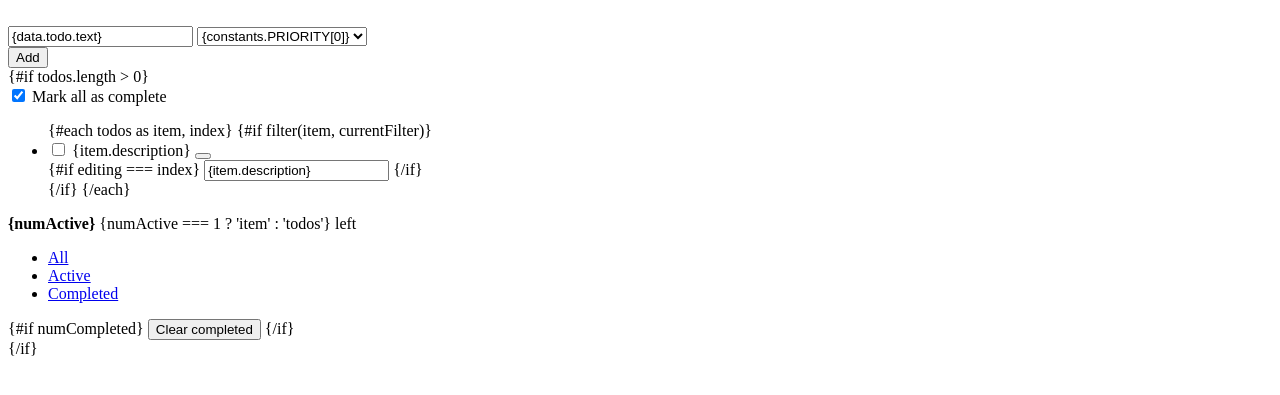
Repository: nicobrinkkemper/firebase-svelte-tododemo
Page: src/App.html
The author's editor kept a copy of each file at every save. The page is drawn from the files as they stood at one save, then again after the next save.
The browser window is 1280 px wide. The pictures show the whole page.

Above is the page before, as saved 2018-11-23 14:54:31.
Console error: SyntaxError: Unexpected token 'export'

### src/App.html
<div class="row">
	<div class="col-md-12">
		<br />
		<div class="input-group">
			<input class="form-control text" type="text" required="{true}" value="{data.todo.text}" placeholder="Write a todo" onKeyUp="{onSubmit}"
			 onChange="{onTextChange}" />

			<select class="form-control priority" value={todo.priority || 0} onChange={onPriorityChange}>
				<option value="0">{constants.PRIORITY[0]}</option>
				<option value="1">{constants.PRIORITY[1]}</option>
				<option value="2">{constants.PRIORITY[2]}</option>
			</select>
			<div class="input-group-append">
				<button class="btn btn-primary" onClick={onAdd}>
					Add
				</button>
			</div>
		</div>
	</div>
</div>
{#if todos.length > 0}
<section class="main">
	<input id="toggle-all" class="toggle-all" type="checkbox" on:change='toggleAll(this.checked)' checked='{numCompleted === todos.length}'>
	<label for="toggle-all">Mark all as complete</label>

	<ul class="todo-list">
		{#each todos as item, index} {#if filter(item, currentFilter)}
		<li class="{item.completed ? 'completed' : ''} {editing === index ? 'editing' : ''}">
			<div class="view">
				<input class="toggle" type="checkbox" bind:checked="item.completed">
				<label on:dblclick="edit(index)">{item.description}</label>
				<button on:click="remove(index)" class="destroy"></button>
			</div>

			{#if editing === index}
			<input value='{item.description}' id="edit" class="edit" on:enter='blur(this)' on:blur="submit(this.value)" on:escape="cancel()"
			/> {/if}
		</li>
		{/if} {/each}
	</ul>

	<footer class="footer">
		<span class="todo-count">
			<strong>{numActive}</strong> {numActive === 1 ? 'item' : 'todos'} left
		</span>

		<ul class="filters">
			<li><a class="{currentFilter === 'all' ? 'selected' : ''}" href="#/">All</a></li>
			<li><a class="{currentFilter === 'active' ? 'selected' : ''}" href="#/active">Active</a></li>
			<li><a class="{currentFilter === 'completed' ? 'selected' : ''}" href="#/completed">Completed</a></li>
		</ul>

		{#if numCompleted}
		<button class="clear-completed" on:click="clearCompleted()">
			Clear completed
		</button>
		{/if}
	</footer>
</section>
{/if}

<script>
	const ENTER_KEY = 13;
	const ESCAPE_KEY = 27;
	function keyEvent(code) {
	  return function(node, callback) {
	    function keydownHandler(event) {
	      if (event.which === code) callback.call(this, event);
	    }
	    node.addEventListener("keydown", keydownHandler, false);
	    return {
	      destroy() {
	        node.removeEventListener("keydown", keydownHandler, false);
	      }
	    };
	  };
	}
	let todos;
	try {
	  todos = JSON.parse(localStorage.getItem("todos-svelte")) || [];
	} catch (err) {
	  todos = [];
	}
	export default {
	  data: () => {
	    return {
	      currentFilter: "all",
	      todo: {
	        text: "",
	        datetime: new Date(),
	        priority: 0
		  },
		  todos
	    };
	  },
	  computed: {
	    numActive: ({ todos }) => todos.filter(item => !item.completed).length,
	    numCompleted: ({ todos }) => todos.filter(item => item.completed).length
	  },
	  helpers: {
	    filter(item, currentFilter) {
	      if (currentFilter === "all") return true;
	      if (currentFilter === "completed") return item.completed;
	      if (currentFilter === "active") return !item.completed;
	    }
	  },
	  oncreate() {
	    const updateView = () => {
	      let currentFilter = "all";
	      if (window.location.hash === "#/active") {
	        currentFilter = "active";
	      } else if (window.location.hash === "#/completed") {
	        currentFilter = "completed";
	      }
	      this.set({ currentFilter });
	    };
	    window.addEventListener("hashchange", updateView);
	    updateView();
	  },
	  onstate({ changed, current, previous }) {
	    if (previous && changed.todos) {
	      try {
	        localStorage.setItem("todos-svelte", JSON.stringify(current.todos));
	      } catch (err) {
	        // noop
	      }
	    }
	  },
	  methods: {
	    onTextChange(text) {
	      const { todo } = this.get();
	      this.set({ todo: { ...todo, text } });
	    },
	    onSubmit() {},
	    onPriorityChange(priority) {
	      const { todo } = this.get();
	      this.set({ todo: { ...todo, priority } });
	    },
	    onAdd() {
	      console.log("hi");
	    },
	    blur(node) {
	      node.blur();
	    },
	    cancel() {
	      this.set({ editing: null });
	    },
	    clearCompleted() {
	      const todos = this.get().todos.filter(item => !item.completed);
	      this.set({ todos });
	    },
	    edit(index) {
	      this.set({ editing: index });
	    },
	    newTodo(description) {
	      const { todos } = this.get();
	      todos.push({
	        description,
	        completed: false
	      });
	      this.set({ todos });
	      this.refs.newTodo.value = "";
	    },
	    remove(index) {
	      const { todos } = this.get();
	      todos.splice(index, 1);
	      this.set({ todos });
	    },
	    submit(description) {
	      const { todos } = this.get();
	      const index = this.get().editing;
	      todos[index].description = description;
	      this.set({ todos, editing: null });
	    },
	    toggleAll(checked) {
	      const { todos } = this.get();
	      todos.forEach(item => {
	        item.completed = checked;
	      });
	      this.set({ todos });
	    }
	  },
	  events: {
	    enter: keyEvent(ENTER_KEY),
	    escape: keyEvent(ESCAPE_KEY)
	  }
	};
</script>

After the next save:
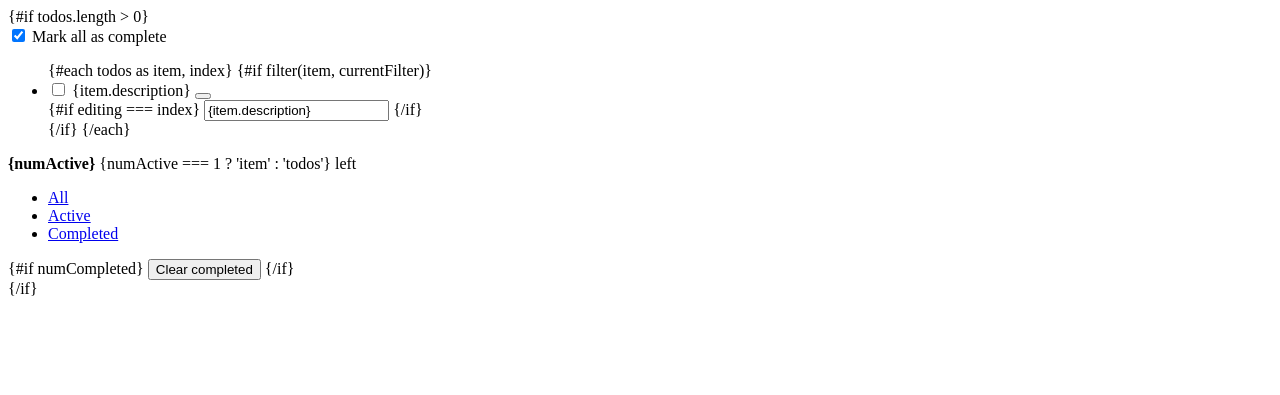
Saved 48 s later.
--- a/src/App.html
+++ b/src/App.html
@@ -1,23 +1,4 @@
-<div class="row">
-	<div class="col-md-12">
-		<br />
-		<div class="input-group">
-			<input class="form-control text" type="text" required="{true}" value="{data.todo.text}" placeholder="Write a todo" onKeyUp="{onSubmit}"
-			 onChange="{onTextChange}" />
 
-			<select class="form-control priority" value={todo.priority || 0} onChange={onPriorityChange}>
-				<option value="0">{constants.PRIORITY[0]}</option>
-				<option value="1">{constants.PRIORITY[1]}</option>
-				<option value="2">{constants.PRIORITY[2]}</option>
-			</select>
-			<div class="input-group-append">
-				<button class="btn btn-primary" onClick={onAdd}>
-					Add
-				</button>
-			</div>
-		</div>
-	</div>
-</div>
 {#if todos.length > 0}
 <section class="main">
 	<input id="toggle-all" class="toggle-all" type="checkbox" on:change='toggleAll(this.checked)' checked='{numCompleted === todos.length}'>

After the save that followed:
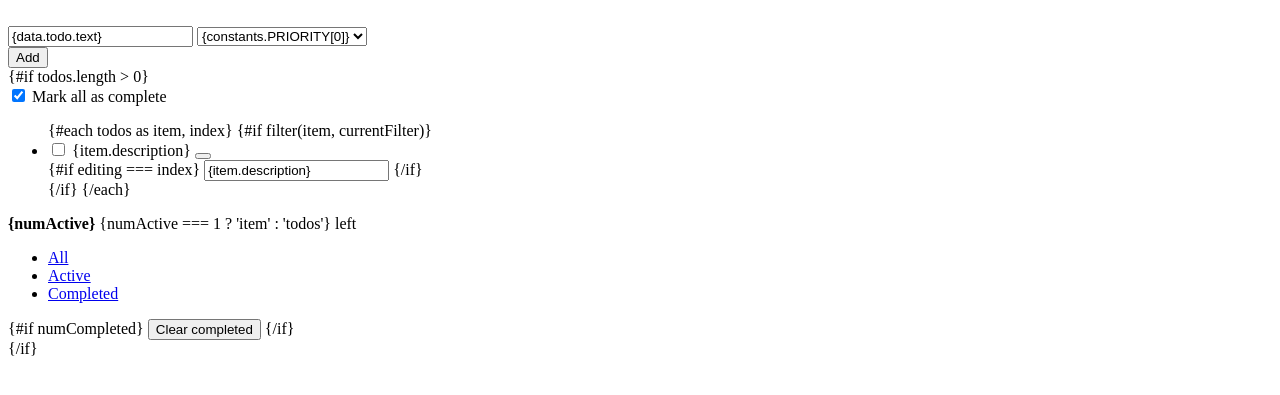
Saved 15 s later.
--- a/src/App.html
+++ b/src/App.html
@@ -1,4 +1,23 @@
+<div class="row">
+	<div class="col-md-12">
+		<br />
+		<div class="input-group">
+			<input class="form-control text" type="text" required="{true}" value="{data.todo.text}" placeholder="Write a todo" onKeyUp="{onSubmit}"
+			 onChange="{onTextChange}" />
 
+			<select class="form-control priority" value={todo.priority || 0} onChange={onPriorityChange}>
+				<option value="0">{constants.PRIORITY[0]}</option>
+				<option value="1">{constants.PRIORITY[1]}</option>
+				<option value="2">{constants.PRIORITY[2]}</option>
+			</select>
+			<div class="input-group-append">
+				<button class="btn btn-primary" onClick={onAdd}>
+					Add
+				</button>
+			</div>
+		</div>
+	</div>
+</div>
 {#if todos.length > 0}
 <section class="main">
 	<input id="toggle-all" class="toggle-all" type="checkbox" on:change='toggleAll(this.checked)' checked='{numCompleted === todos.length}'>
